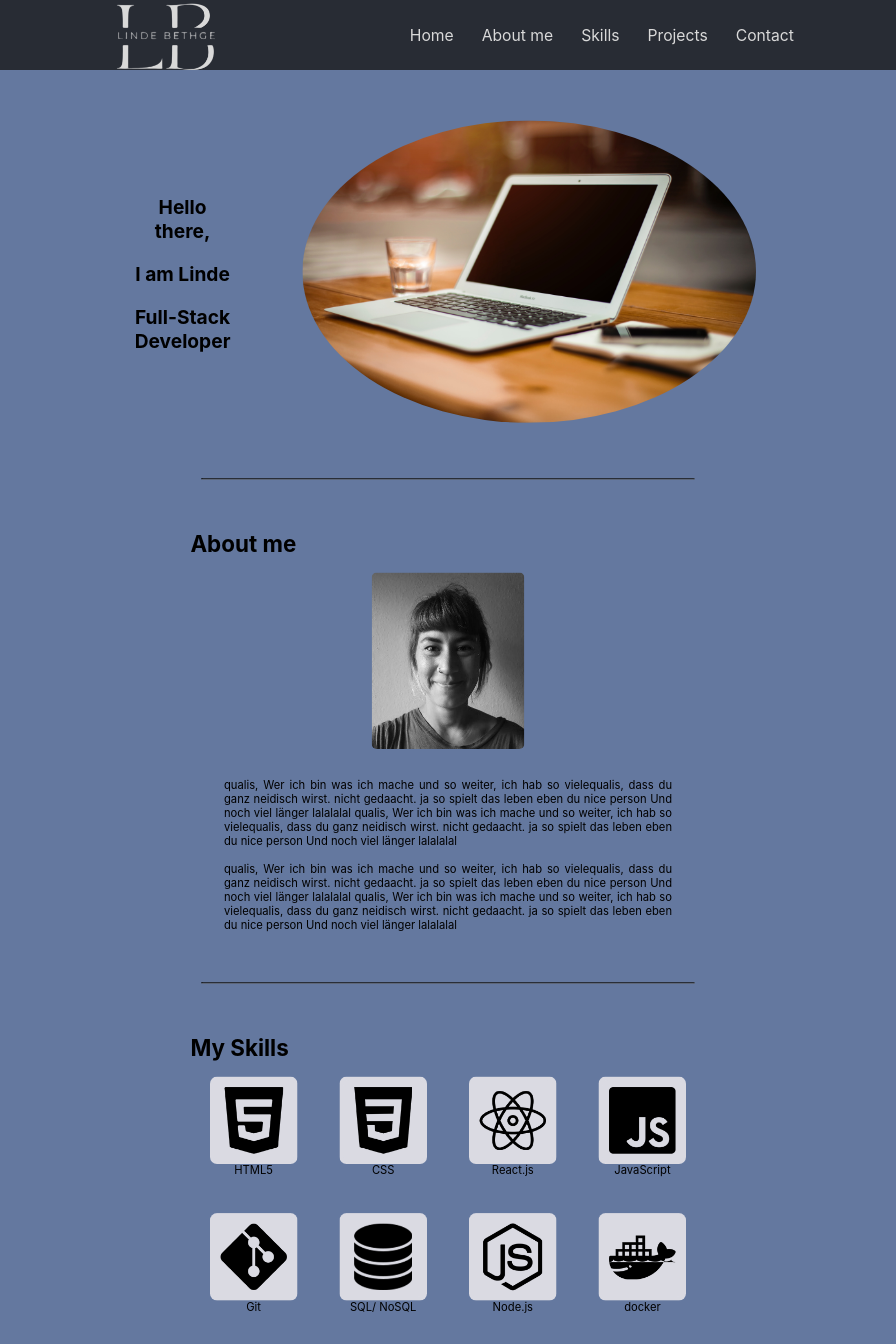
Repository: tiliax/linde-bethge
Page: /
The author's editor kept a copy of each file at every save. The page is drawn from the files as they stood at one save, then again after the next save.
The browser window is 1280 px wide. The pictures show the part of the page from y = 0 to 1920 px (the page is 3380 px tall), at 70% of full size.
The project was rebuilt for these pictures with package versions that can differ from the ones it lists, and the page was loaded fresh each time.

Above is the page before, as saved 2023-03-06 21:18:04.

After the next save:
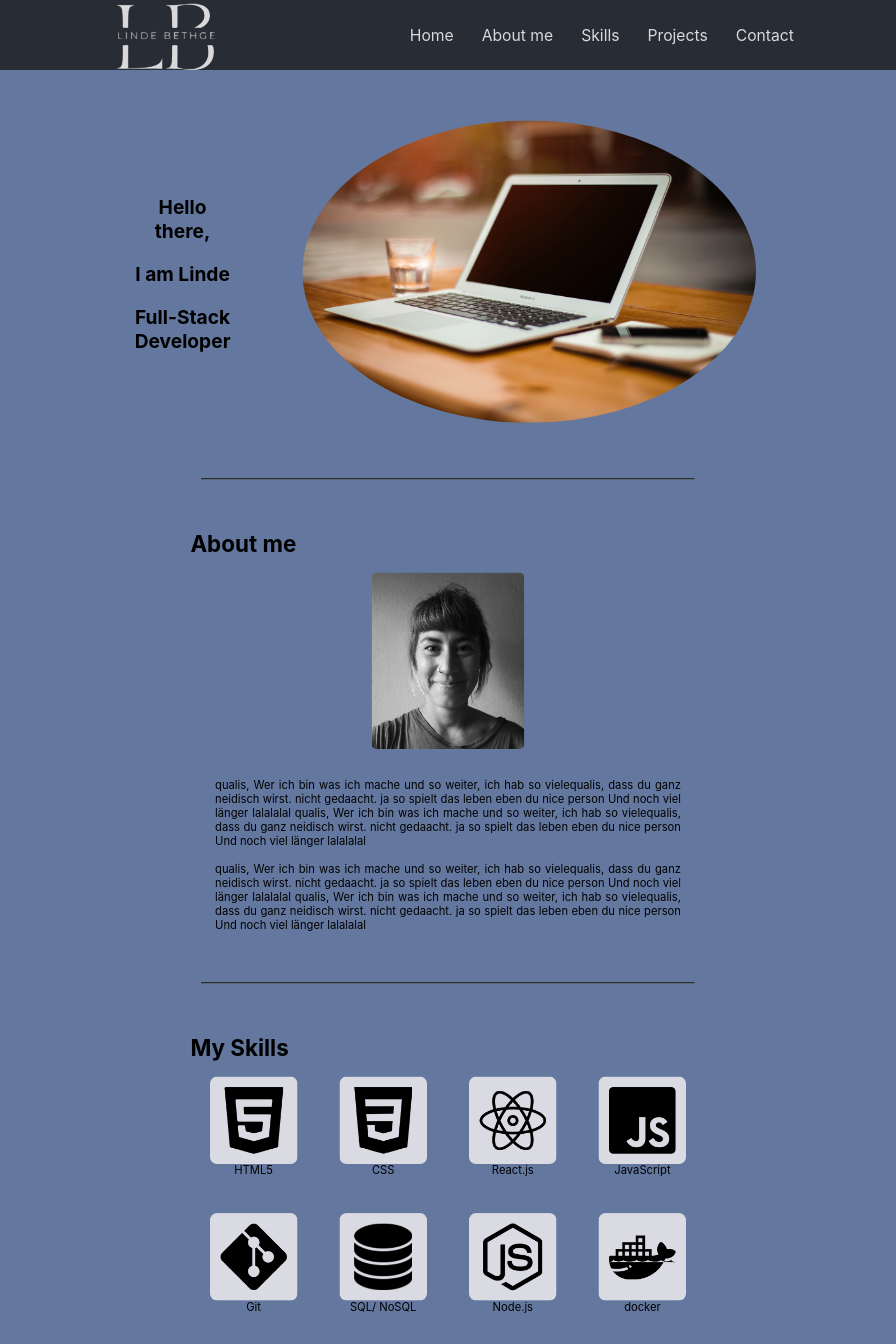
Saved 12 s later.
--- a/src/App.css
+++ b/src/App.css
@@ -105,7 +105,7 @@
 }
 
 .aboutme p {
-  width: 50vw;
+  width: 52vw;
   margin-left: auto;
   margin-right: auto;
   text-align: justify;
